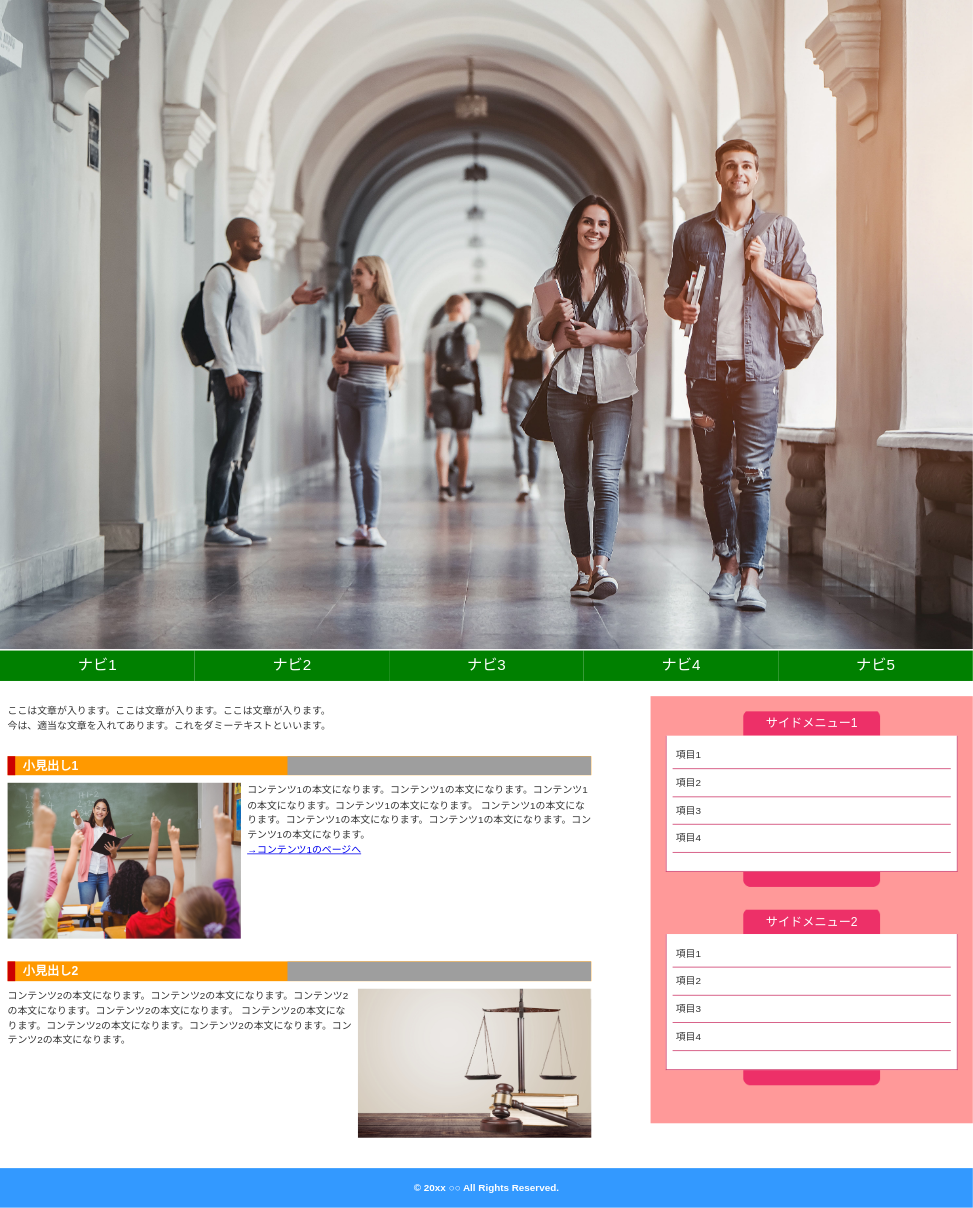
Repository: meinerscherzi/samurai_HTML-CSS
Page: index.html
The author's editor kept a record of every edit. The page is drawn from the files as they stood at one moment, then again after the next edit.
The browser window is 1280 px wide. The pictures show the whole page, at 76% of full size.
The pointer rests on the first visible `#nav ul li a`.
Pictures or frames that could not be fetched are drawn as grey boxes.

Above is the page before.

After the next edit:
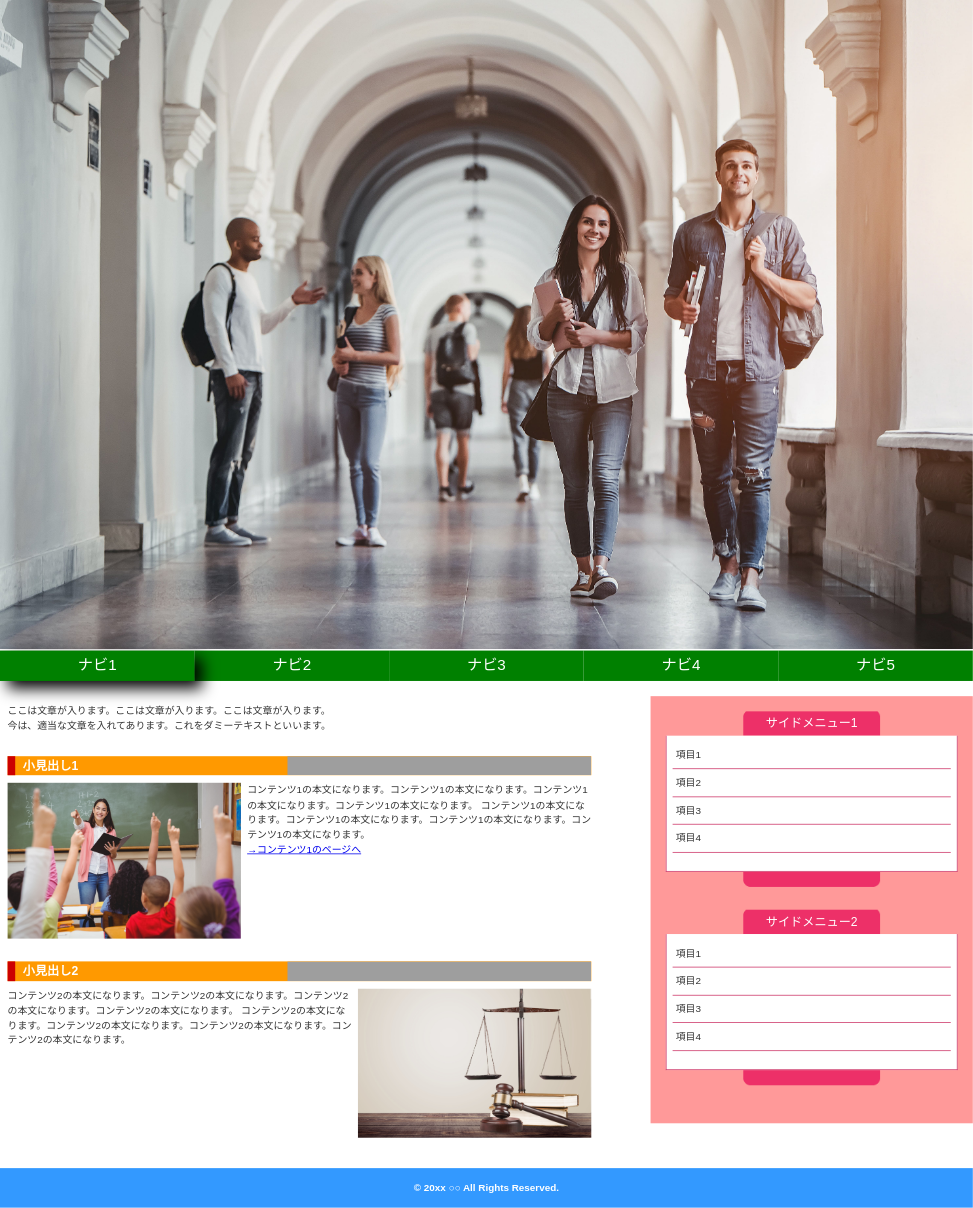
The edit:
--- a/stylesheet.css
+++ b/stylesheet.css
@@ -65,7 +65,7 @@
 	background-color: green;
 }
 #nav ul li a:hover {
-	filter: dorop-shadow(10px 10px 10px black);
+	filter: drop-shadow(10px 10px 10px black);
 }
 /* -------------------- container -------------------- */
 #container {
